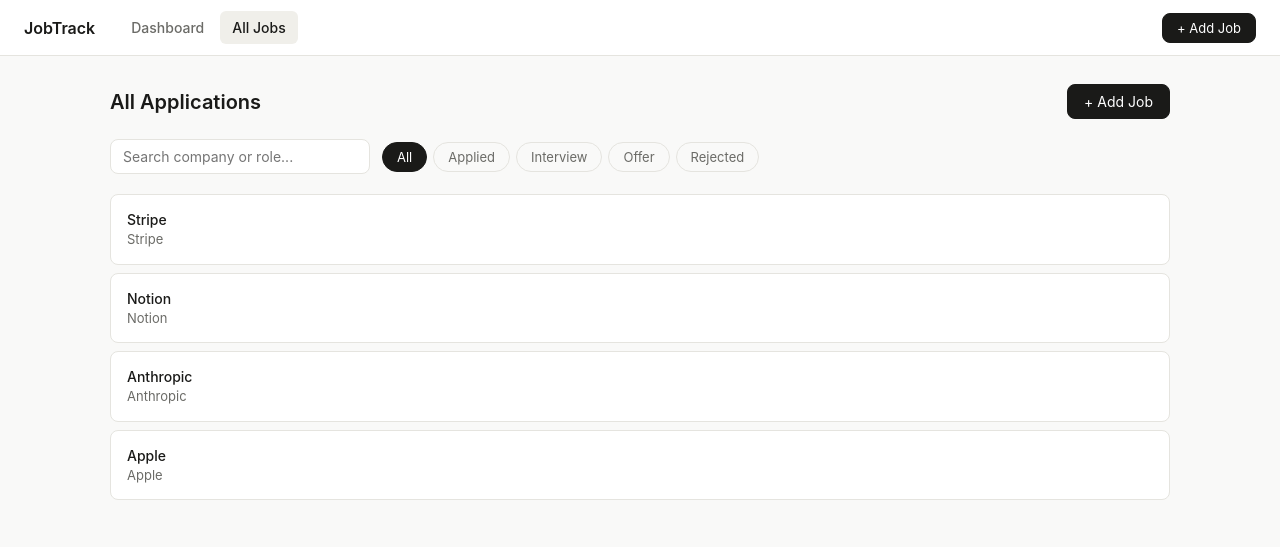
Repository: adtm0/jobtracker
Page: /jobs (app in frontend/)
An editor plug-in stored every save of this project. The page is shown before and after the next save, followed by the edit.
The browser window is 1280 px wide. The pictures show the whole page.
The project was rebuilt for these pictures with package versions that can differ from the ones it lists, and the page was loaded fresh each time. Also part of the build but not shown: frontend/vite.config.js, frontend/src/pages/Login.jsx, frontend/src/pages/Register.jsx, frontend/src/pages/Dashboard.jsx, frontend/src/pages/JobForm.jsx.

Above is the page before, as saved 2026-04-19 20:23:25.

### frontend/src/main.jsx
import { StrictMode } from "react";
import React from "react";
import ReactDOM from 'react-dom/client'
import { BrowserRouter } from 'react-router-dom'
import { createRoot } from "react-dom/client";
import "./index.css";
import App from "./App.jsx";

createRoot(document.getElementById("root")).render(
  <StrictMode>
    <BrowserRouter>
      <App />
    </BrowserRouter>
  </StrictMode>,
);

### frontend/src/index.css
*, *::before, *::after {
  box-sizing: border-box;
  margin: 0;
  padding: 0;
}

body {
  font-family: -apple-system, BlinkMacSystemFont, 'Segoe UI', sans-serif;
  background: #f9f9f8;
  color: #1a1a18;
  font-size: 14px;
  line-height: 1.5;
}

main {
  max-width: 1100px;
  margin: 0 auto;
  padding: 28px 20px;
}

input, select, textarea {
  width: 100%;
  padding: 8px 12px;
  border: 1px solid #e5e4df;
  border-radius: 8px;
  font-size: 14px;
  font-family: inherit;
  outline: none;
}

input:focus, select:focus, textarea:focus {
  border-color: #185FA5;
}

button {
  cursor: pointer;
  font-family: inherit;
  font-size: 14px;
  border-radius: 8px;
  border: 1px solid #e5e4df;
  background: #fff;
  padding: 8px 16px;
}

button:hover {
  background: #f9f9f8;
}

.btn-primary {
  background: #1a1a18;
  color: #fff;
  border-color: #1a1a18;
}

.btn-primary:hover {
  background: #333;
}

label {
  display: block;
  font-size: 12px;
  font-weight: 500;
  color: #6b6b67;
  margin-bottom: 5px;
}

### frontend/src/App.jsx
import {Routes, Route} from 'react-router-dom'
import Login from './pages/Login'
import Register from './pages/Register'
import Dashboard from './pages/Dashboard'
import Jobs from './pages/Jobs'
import JobForm from './pages/JobForm'
import Navbar from './components/Navbar'

function Layout({ children }) {
  return (
    <>
      <Navbar />
      <main>
        {children}
      </main>
    </>
  );
}

function App() {

  return (
    <Routes>
      <Route path='/login' element={<Login />} />
      <Route path='/register' element={<Register />} />
      <Route path='/dashboard' element={<Layout><Dashboard /></Layout>} />
      <Route path='/jobs' element={<Layout><Jobs /></Layout>} />
      <Route path='/jobs/new' element={<Layout><JobForm /></Layout>} />
    </Routes>
  )
}

export default App

### frontend/src/pages/Jobs.jsx
import { useState } from "react";
import { Link } from "react-router-dom";

const STATUSES = ["all", "applied", "interview", "offer", "rejected"];

const MOCK_JOBS = [
  {
    id: 1,
    company: "Stripe",
    role: "Frontend Engineer",
    status: "applied",
    date_applied: "2026-04-14",
    notes: "Referral from Jane",
  },
  {
    id: 2,
    company: "Notion",
    role: "Software Engineer",
    status: "interview",
    date_applied: "2026-04-08",
    notes: "Technical round next week",
  },
  {
    id: 3,
    company: "Anthropic",
    role: "Software Engineer",
    status: "offer",
    date_applied: "2026-03-30",
    notes: "Deadline Apr 25",
  },
  {
    id: 4,
    company: "Apple",
    role: "iOS Engineer",
    status: "rejected",
    date_applied: "2026-03-20",
    notes: "",
  },
];

const BADGE_COLORS = {
  applied: { bg: "#E6F1FB", color: "#185FA5" },
  interview: { bg: "#FAEEDA", color: "#854F0B" },
  offer: { bg: "#EAF3DE", color: "#3B6D11" },
  rejected: { bg: "#FCEBEB", color: "#A32D2D" },
};
export default function Jobs() {
  const [filter, setFilter] = useState("all");
  const [search, setSearch] = useState("");

  const filtered = MOCK_JOBS.filter(
    (j) => filter === "all" || j.status === filter,
  ).filter(
    (j) =>
      j.company.toLowerCase().includes(search.toLowerCase()) ||
      j.role.toLowerCase().includes(search.toLowerCase()),
  );

  return (
    <div>
      <div
        style={{
          display: "flex",
          justifyContent: "space-between",
          alignItems: "center",
          marginBottom: 20,
        }}
      >
        <h2 style={{ fontSize: 20, fontWeight: 600 }}>All Applications</h2>
        <Link to="/jobs/new" style={{ textDecoration: "none" }}>
          <button className="btn-primary">+ Add Job</button>
        </Link>
      </div>

      {/*search and filters */}
      <div
        style={{
          display: "flex",
          gap: 12,
          marginBottom: 20,
          alignItems: "center",
        }}
      >
        <input
          placeholder="Search company or role..."
          value={search}
          onChange={(e) => setSearch(e.target.value)}
          style={{ maxWidth: 260 }}
        />
        <div style={{ display: "flex", gap: 6 }}>
          {STATUSES.map((s) => (
            <button
              key={s}
              onClick={() => setFilter(s)}
              style={{
                padding: "6px 14px",
                borderRadius: 20,
                fontSize: 13,
                border: "1px solid",
                borderColor: filter === s ? "#1a1a18" : "#e5e4df",
                background: filter === s ? "#1a1a18" : "transparent",
                color: filter === s ? "#fff" : "#6b6b67",
              }}
            >
              {s.charAt(0).toUpperCase() + s.slice(1)}
            </button>
          ))}
        </div>
      </div>

      {/* job list */}
      {filtered.length === 0 ? (
        <div
          style={{
            textAlign: "center",
            padding: "60px 20px",
            color: "#9d9d99",
          }}
        >
          <p style={{ fontSize: 16, marginBottom: 6 }}>No applications found</p>
          <p>Try adjusting your filters</p>
        </div>
      ) : (
        <div style={{display: 'flex', flexDirection: 'column',gap: 8}}>
          {filtered.map(job => (
            <div
              key={job.id}
              style={{
                background: '#fff',
                border: '1px solid #e5e4df',
                borderRadius: 8,
                padding: '14px 16px',
                display: 'flex',
                alignItems: 'center',
                gap: 12,
                cursor: 'pointer',
              }}
            >
              <div style={{flex: 1}}>
                <div style={{fontWeight: 500}}>{job.company}</div>
                <div style={{color: '#6b6b67', fontSize: 13}}>{job.company}</div>

              </div>
            </div>
          ))}
        </div>
      )}
    </div>
  );
}

### frontend/src/components/Navbar.jsx
import { NavLink } from "react-router-dom";

export default function Navbar() {
  return (
    <nav
      style={{
        background: "#fff",
        borderBottom: "1px solid #e5e4df",
        padding: "0 24px",
        height: 56,
        display: "flex",
        alignItems: "center",
        justifyContent: "space-between",
        position: "sticky",
        top: 0,
        zIndex: 100,
      }}
    >
      <div style={{ display: "flex", alignItems: "center", gap: 4 }}>
        <span style={{ fontWeight: 600, fontSize: 16, marginRight: 20 }}>
          JobTrack
        </span>
        <NavLink to="/dashboard" style={linkStyle}>
          Dashboard
        </NavLink>
        <NavLink to="/jobs" style={linkStyle}>
          All Jobs
        </NavLink>
      </div>
      <NavLink to="/jobs/new" style={{ textDecoration: "none" }}>
        <button
          className="btn-primary"
          style={{ fontSize: 13, padding: "6px 14px" }}
        >
          + Add Job
        </button>
      </NavLink>
    </nav>
  );
}

const linkStyle = ({ isActive }) => ({
  textDecoration: "none",
  fontSize: 14,
  fontWeight: 500,
  padding: '6px 12px',
  borderRadius: 6,
  color: isActive ? '#1a1a18' : '#6b6b67',
  background: isActive ? '#f0efea' : 'transparent'
});

After the next save:
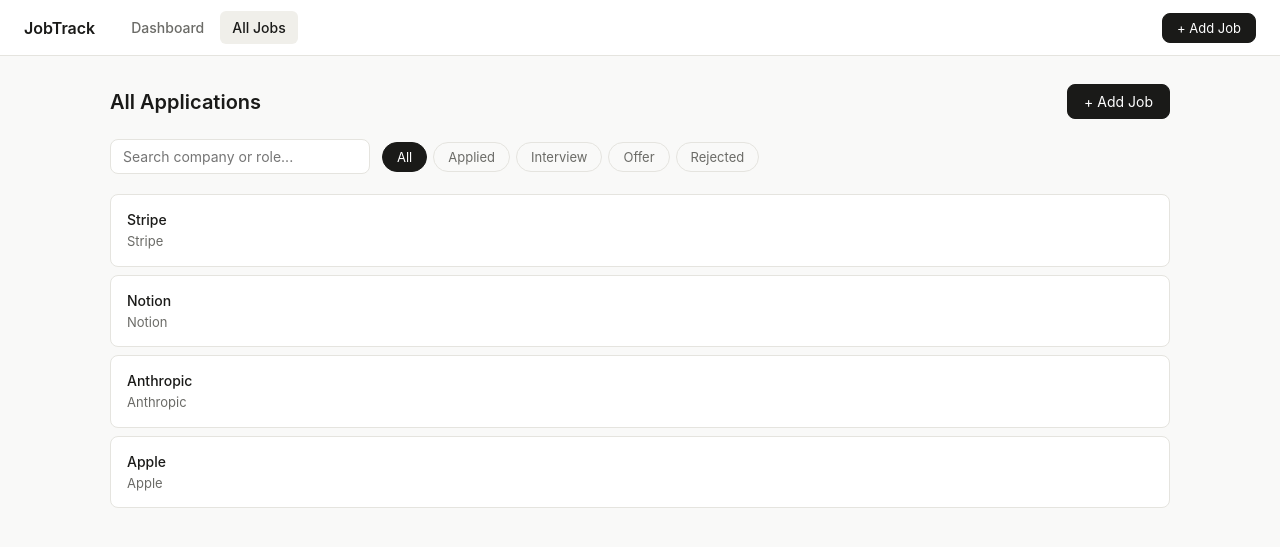
Saved 4 s later.
--- a/frontend/src/pages/Jobs.jsx
+++ b/frontend/src/pages/Jobs.jsx
@@ -138,7 +138,7 @@
             >
               <div style={{flex: 1}}>
                 <div style={{fontWeight: 500}}>{job.company}</div>
-                <div style={{color: '#6b6b67', fontSize: 13}}>{job.company}</div>
+                <div style={{color: '#6b6b67', fontSize: 13, marginTop: 2}}>{job.company}</div>
 
               </div>
             </div>
